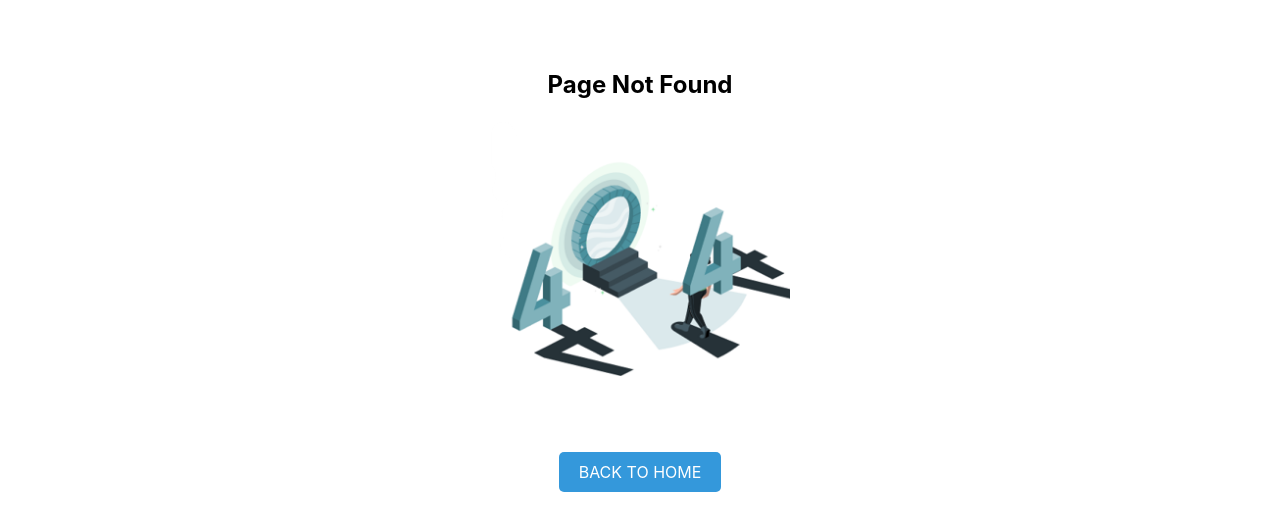
Repository: sarramz/ProjetBI-AI-dev
Page: /1
These files come from the project's save history. The page is drawn as it stood at one moment and after the next save; the edit follows.
The browser window is 1280 px wide. The pictures show the whole page.
The project was rebuilt for these pictures with package versions that can differ from the ones it lists, and the page was loaded fresh each time. Also part of the build but not shown: vite.config.js.

Above is the page before, as saved 2025-02-23 10:27:40.

After the next save:
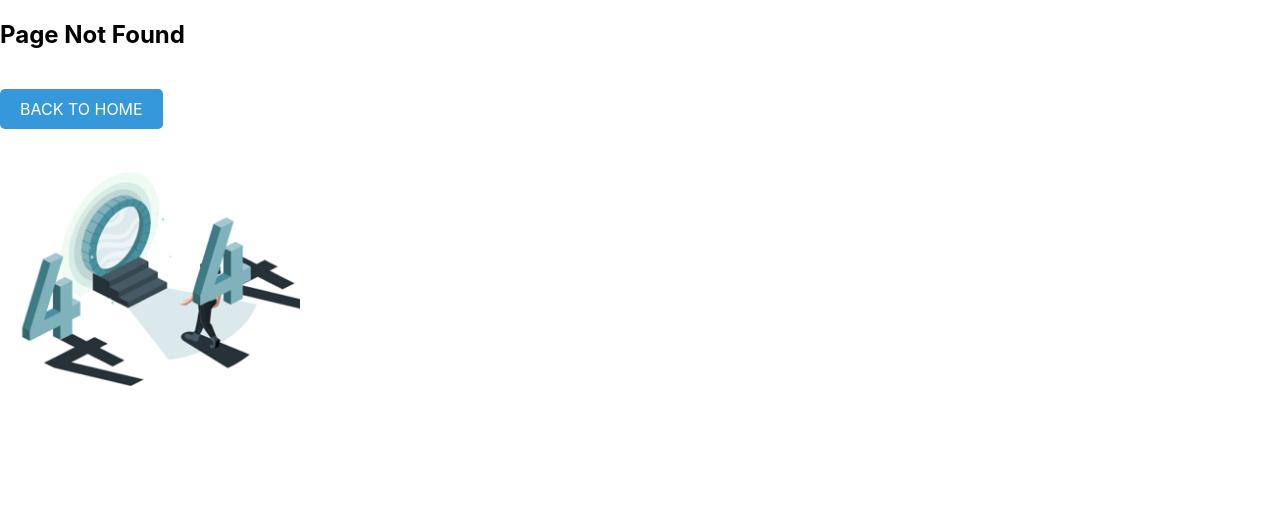
Saved 52 s later.
--- a/src/pages/NotFoundPage.jsx
+++ b/src/pages/NotFoundPage.jsx
@@ -4,12 +4,14 @@ import image404 from "/image.png"; // Image située dans `public/`
 
 export default function NotFoundPage() {
   return (
-    <div className="container">
-      <h2>Page Not Found</h2>
+    <div className="not-found-container">
+      <div className="text-container">
+        <h2>Page Not Found</h2>
+        <a href="/" className="back-button">BACK TO HOME</a>
+      </div>
       <div className="image-container">
         <img src={image404} alt="404 Illustration" />
       </div>
-      <a href="/" className="back-button">BACK TO HOME</a>
     </div>
   );
 }
